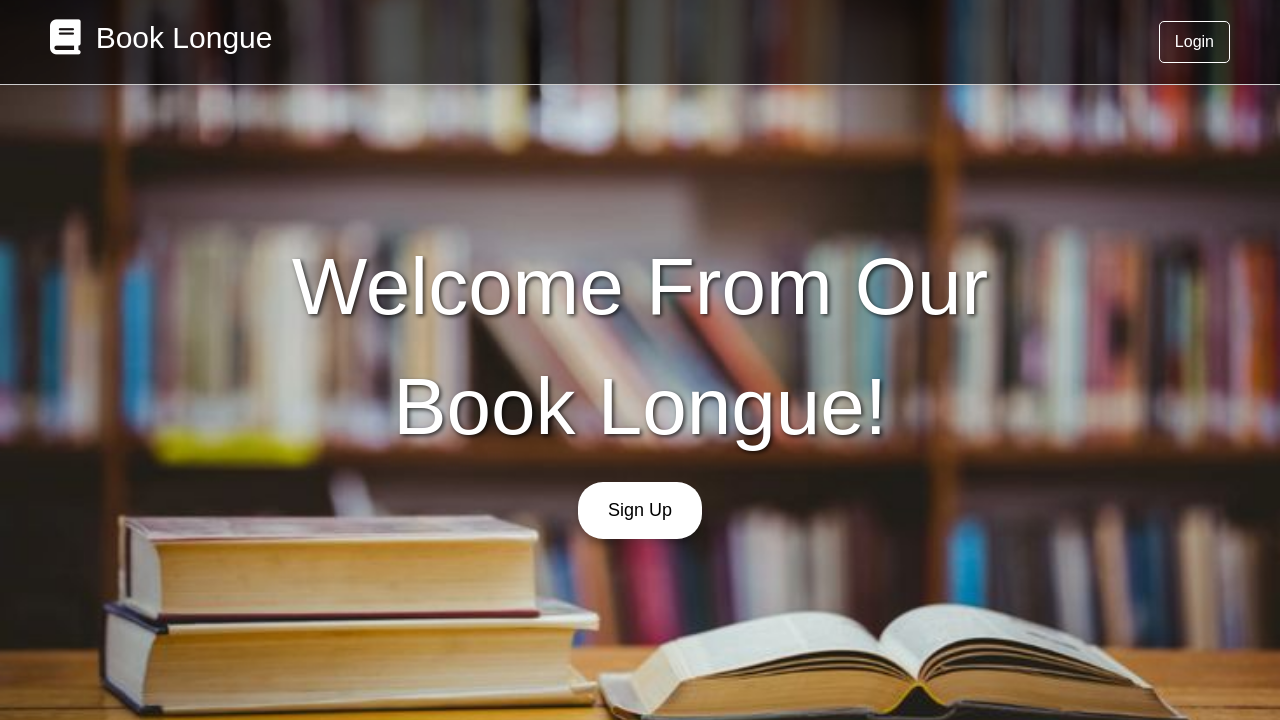
Repository: moehaymanmyint/Book-Longue-Web-System
Page: pages /GetStarted.html
An editor plug-in stored every save of this project. The page is shown before and after the next save, followed by the edit.
The browser window is 1280 px wide. The pictures show the whole page.

Above is the page before, as saved 2024-12-30 10:02:44.

After the next save:
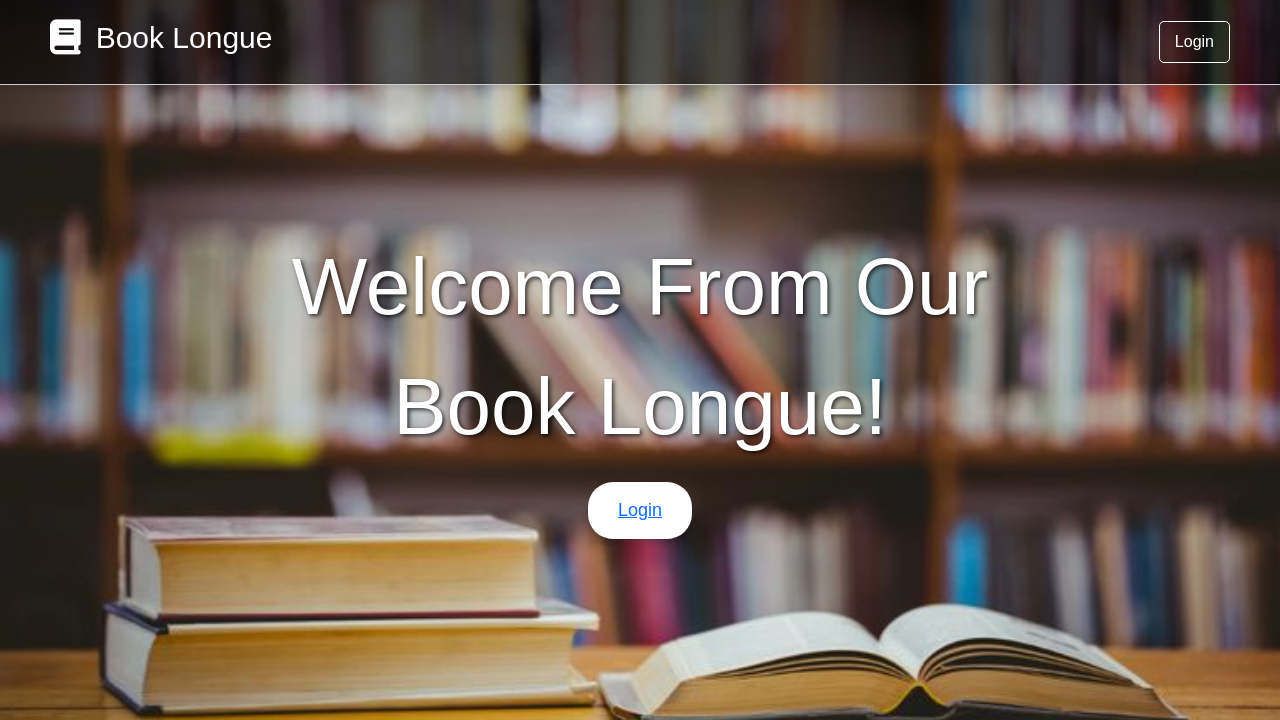
Saved 51 s later.
--- a/pages /GetStarted.html
+++ b/pages /GetStarted.html
@@ -21,7 +21,7 @@
     </div>
     <div class="content">
         <h1>Welcome From Our<br>Book Longue!</h1>
-        <button type="button" class="btn btn-light">Sign Up</button>
+        <button type="button" class="btn btn-light"><a href="../pages /signup.html">Login</a></button>
     </div>
 </body>
 </html>
